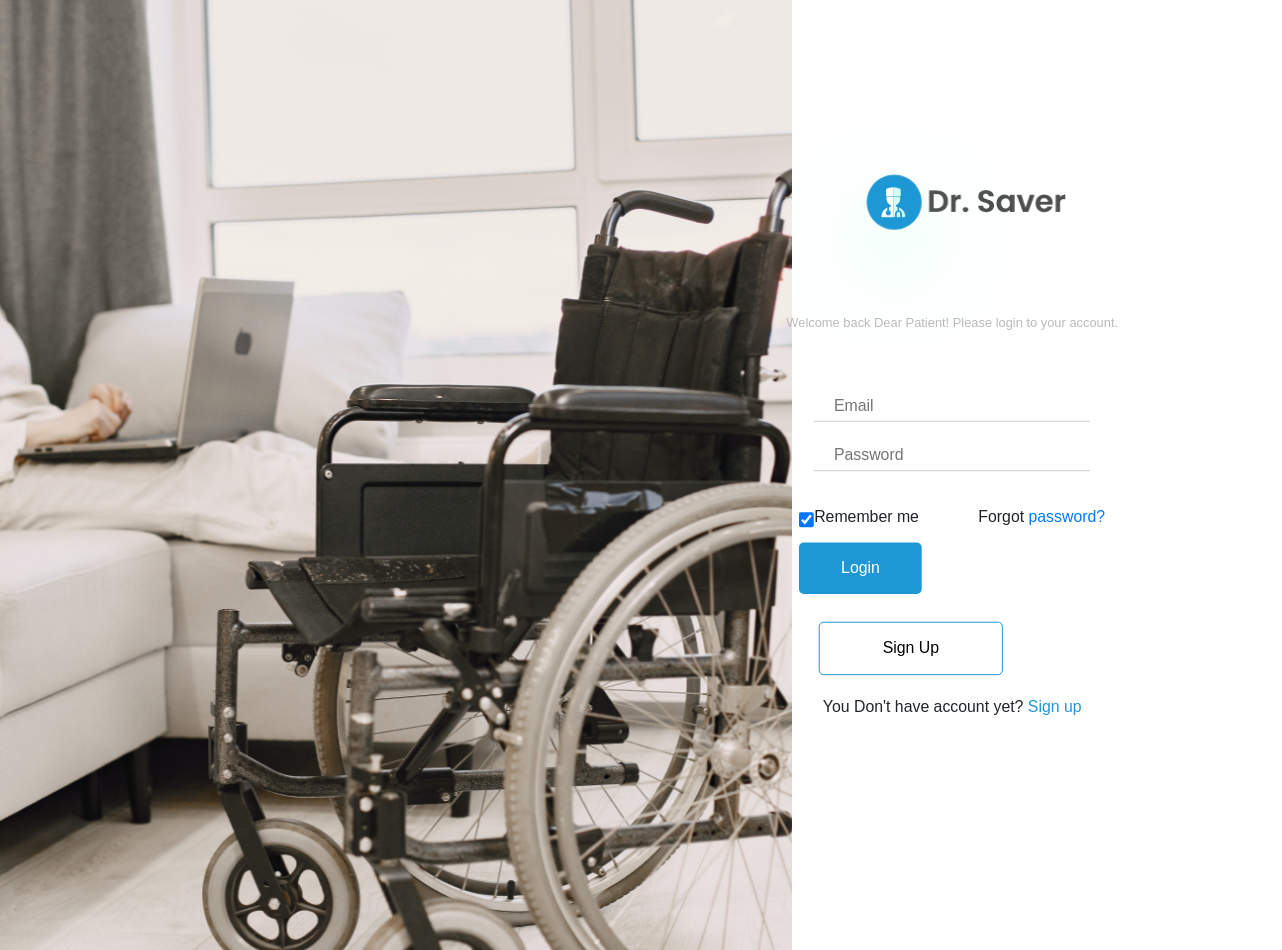
Repository: nsra/hadeel_doctor_system
Page: patient/Plogin.html
These files come from the project's save history. The page is drawn as it stood at one moment and after the next save; the edit follows.
The browser window is 1280 px wide. The page is 1295 px wide, so the pictures cover 1295 px, including what lies to the right of the window. The pictures show the whole page, at 99% of full size.
Some web fonts or font styles are not loaded; a fallback is used. Some web libraries are served in a nearby version.

Above is the page before, as saved 2022-03-29 17:02:54.

### patient/Plogin.html
<!DOCTYPE html>
<html lang="en">
<head>
    <meta charset="UTF-8">
    <meta http-equiv="content-type" content="text/html; charset=UTF-8">
    <title>DrSaver</title>
    <link rel="shortcut icon" href="../assets/img/doctor.png" type="image/x-icon">
    <link rel="stylesheet" href="https://maxcdn.bootstrapcdn.com/bootstrap/4.0.0/css/bootstrap.min.css" integrity="sha384-Gn5384xqQ1aoWXA+058RXPxPg6fy4IWvTNh0E263XmFcJlSAwiGgFAW/dAiS6JXm" crossorigin="anonymous">
    <link rel="stylesheet" href="https://pro.fontawesome.com/releases/v5.10.0/css/all.css" integrity="sha384-AYmEC3Yw5cVb3ZcuHtOA93w35dYTsvhLPVnYs9eStHfGJvOvKxVfELGroGkvsg+p" crossorigin="anonymous"/>
    <link rel="stylesheet" href="../assets/css/style.css" type="text/css">
    <link rel="preconnect" href="https://fonts.gstatic.com">
    <link href="https://fonts.googleapis.com/css2?family=Tajawal:wght@700&display=swap" rel="stylesheet">
    <meta name="viewport" content="width=device-width, initial-scale=1, shrink-to-fit=no">
</head>
<body>
<section class="loginSection">
    <div class="row window-full">
        <div class="hero col-6 float-right ">
           <img  src="../assets/img/plogin.png"></img>

        </div>
        <div class="col-6 float-left text-center">
            <img class="fleft" src="../assets/img/log1.png"></img>
            <div class="fright pd-y">
               <br>
           <p  class="pcol">Welcome back Dear Patient! Please login to your account.</p>

          <form action="action_page.php" method="post">

              <input type="email" placeholder="Email" name="email" required>


              <input type="password" placeholder="Password" name="psw" required>
          <br>
          <div class="row"  >

                <input type="checkbox" checked="checked" style="width:15px; " name="remember"> Remember me

              <span class="psw">Forgot <a href="#">password?</a></span>
            </div>

    <div class="row"  >
        <button type="button" onclick="document.getElementById('id01').style.display='none'"  >Login</button>
        <button type="button" onclick="document.getElementById('id02').style.display='none'"style="width: 60%;margin: 20px;" class="signbtn">Sign Up</button>
      </div>
      <p>You Don't have account yet? <span id="cplue">Sign up</span> </p>


          </form>
        </div>
      </div>
    </div>
</section>

<script src="https://ajax.googleapis.com/ajax/libs/jquery/3.5.1/jquery.min.js"></script>
<!-- Popper.JS -->
<script src="https://cdnjs.cloudflare.com/ajax/libs/popper.js/1.14.0/umd/popper.min.js" integrity="sha384-cs/chFZiN24E4KMATLdqdvsezGxaGsi4hLGOzlXwp5UZB1LY//20VyM2taTB4QvJ" crossorigin="anonymous"></script>
<!-- Bootstrap JS -->
<script src="https://stackpath.bootstrapcdn.com/bootstrap/4.1.0/js/bootstrap.min.js" integrity="sha384-uefMccjFJAIv6A+rW+L4AHf99KvxDjWSu1z9VI8SKNVmz4sk7buKt/6v9KI65qnm" crossorigin="anonymous"></script>
<script src="assets/js/scripts.js"></script>

</body>
</html>

### assets/css/style.css
 /*common*/


.overlay{
    position:absolute;
    width:  100%;
    height: 100%;
    top: 0;
    left: 0;
    background-color: rgba(3, 3, 3, 0.7);
}
.hover-opacity{
    transition: opacity .5s;
}
.hover-opacity:hover{
opacity: 0.8;
}

/*general css*/
:root{
    --maincolor:#6195ff;
}
*{
    margin: 0;
    padding: 0;
    box-sizing: border-box;
}
ul{
    list-style: none;
}
.container{
    width: 80%;

    margin: auto;/*elment in the center*/
}
body{
    font-family: 'Varela Round', sans-serif;
}
.clear{
    clear: both;
}
h1,h2,h3,h4,h5,h6{
    font-family: montserrat,sans-serif;
}
button{
    font-family: inherit;
}
a{
    text-decoration: none;
}
.pd-y{
    padding: 100px 0;
}
.section-header{
    text-align: center;
    margin-bottom: 20px;
}
.section-header .section-title{
    font-size: 35px;
    text-transform: capitalize;
    margin-bottom: 10px;
}
.section-header .line{
display: block;
height: 5px;
width: 60px;
margin: 0 auto 70px auto;
background-color: var(--maincolor);
}

.ltr-effect,.tb-effect{
    position: relative;
}
.ltr-effect::after,.tb-effect::after{
position: absolute;
content: "";
top: 0;
right: 0;
left: 0;
bottom: 0;
background: #333;
z-index:-1 ;

}
.ltr-effect:hover::after{
width: 100%;
}
.ltr-effect::after{
    width: 0;
    transition: width 0.5s;
}
.tb-effect::after{
 height: 0;
 transition: height 0.5s;

}
.tb-effect:hover::after{
height: 100%;
}
/* header*/
.header{
    position:fixed;
    width: 100%;
    z-index: 15;
    height: 10%;
  }

 b{
     color: #ffff;

 }
.header .logo{
    width: 50%;
  float: left;
 }
.header .logo img{
    width: 120px;
    margin-left: 20px;
   }
.header .nav{
    width: 50%;
     float: left;
    list-style: none;
    text-align: right;
}
.header .nav > li{
    display: inline-block;

    text-align: right;
}
.header .nav > li > a{
    color: #fff;
    font-size: 15px;

    display: block;
    padding: 30px 15px;
}

.header .nav > li > a.active:after{
content: "";
display: block;
margin-top: 2px;
height: 3px;
background-color: #6195ff;
transition: width 0.5s;

}
.header .nav > li > a.active:after{
    width: 100%;
}

.header .nav > li > a:after{
width: 0;
}
.header .nav > li > a:hover::after{
    width: 100%;
    }
    .dropdown{
        position: relative;
    }
    .dropdown-menu{
        position: absolute;
        background: #6195ff;
        width: 150px;
        text-align: right;
        left: -50%;
        top: 70%;
        opacity: 0;
        visibility: hidden;
        transition: opacity 0.5s;
    }
    .dropdown-menu a{
        color:#fff;
        display: block;
        padding: 10px;

    }
    .dropdown:hover .dropdown-menu{
        opacity: 1;
        visibility:visible;
    }
/*Home section*/
.home{
    height: 100vh;
    background-image: url(../img/background.png);
    background-size: cover;
    position: relative;
}
.home-content{
    position: absolute;
    width: 65%;
    top: 50%;
    left: 50%;
    transform: translate(-50%,-50%);
    text-align: left;
}
.home .title{

margin: 20px 0;
color: var(--maincolor);
letter-spacing: 2px;
line-height: 1.5;
}
.home .home-desc{
    color: #fff;
    font-size: 3.5rem;
    text-transform: uppercase;
}
.home .btn{
    max-width: 150px;
    padding: 15px 0;
    border-radius: 5px;
    border: 0;
    cursor: pointer;
    font-size: 18px;
}

.home .btn-learn{
    background-color: #6195ff;
    color:#fff;

}

nav{
    font-size: 18px;
}
.navbar-light .navbar-brand{
    font-size: 32px;
 }

.navbar-light .navbar-nav .nav-link{
    color: black;
}

 #cplue{
     color:#1E97D5 ;
 }
 .bplue{
background-color: #dce0e4;
 color: #1E97D5;
 }
 .fleft{
     position: relative;
     margin-top: 11%;
    margin-right: 20%;
 }
 .fright{
     position:absolute;
     right:25%;
     top: 20%;
 }
 .pcol{
     color: rgb(189, 185, 185);
     font-size: small;
 }

/*About section*/

.about-content{
    overflow: hidden;
}
.about-item{
     width: 30%;
    float: left;
text-align: center;
border: 1px solid #e8e8e8;
padding: 50px 20px;
}

.about-item.mg{
    margin: 0 5%;
}
.about-item:hover .about-item-title{
    color: #fff;
}
.about-item .icon{
    color: #6195ff;
    margin-bottom: 10px;
}
.about-item-title{
    text-transform: capitalize;
    margin-bottom: 10px;
    transition: color 0.5s;
}
.about-item-desc{
    line-height: 1.6;
    margin-bottom: 10px;
    color:#999 ;
}
.about-item-link{
color: #6195ff;
text-transform: capitalize;
}

/*number section*/
.numbers{
    position: relative;
    background-image: url(../img/background.png);
    background-size: cover;
    background-attachment: fixed;
    height: 300px;
}
.numbers-item{
    overflow: hidden;

}
.number-item{
width: 25%;
float: left;
text-align: center;
}
.number-item .icon{
    color: #6195ff;
    margin-bottom: 15px;
}
.number-item-title{
    font-weight: bold;
    font-size: 30px;
    color: #fff;

}
.number-item-text{
    color: #fff;
}

/*Blog page*/
.blog{
    background: #f9f9f9;
}

.blog-content{
    overflow: hidden;
}
.blog-item{
    width: 30%;
    float: left;
    background: #fff;
}
.blog-item-img img{
width: 100%;
}

.blog-info{
    padding: 20px;
}

.blog-list{
    list-style: none;
    margin: 20px 0;
}
.blog-list li{
    display: inline-block;
    margin: 0 5px;
}

.blog-list li i{
    color: #6195ff;
}
.blog-title{
    font-weight: bold;
    margin: 20px 0;
}
.blog-desc{
    color: #999;
    margin-bottom: 10px;
    line-height: 1.5;
 }
.blog-link{
    color: #6195ff;
}
.blog-item.mg{
    margin: 0 5%;
}

/*contact section*/

/*footer section*/
.footer{
    background: #1c1d23;
    text-align: center;
    padding: 60px 0;
}
.footer-links{
    list-style: none;
    margin: 20px 0;
}
.footer-links li{
    display: inline-block;

}
.footer-links li a{
    display: block;
    width: 50px;
    height: 50px;
    background: #6195ff;
    color: #fff;
    margin: 0 5px;
    border-radius: 50%;
}
.footer-links li a i{
    line-height: 50px;
}

.footer .copyright{
    color: #999;
    font-size: 15px;
    text-transform: uppercase;
}

 /********login******/


  /* Full-width inputs */
  input[type=text], input[type=password] ,input[type=email],input[type=number],input[type=date],input[type=submit]{
    width: 100%;
    padding: 12px 20px;
    margin: 10px 0 ;

    display:flex;
    border: none;
    border-bottom: 1px solid #ccc;

  }

  /* Set a style for all buttons */
  button {
    background-color: #1E97D5;
    color: white;
    padding: 14px 20px;
    margin: 8px 0;
    border: none;
    cursor: pointer;
    width: 40%;

    border-radius: 5px;
  }
  .but{
    padding-top: 10%;
  margin-left: 10%;

    align-items: center;
  }
  /* Add a hover effect for buttons */
  button:hover {
    opacity: 0.8;
  }



  /* Add padding to containers */
  .container {
    padding: 16px;

  }

  .psw{
      margin-left: 60px;
  }
  .signbtn{
      color: #000;
      background-color: #fff;
      border: 1px solid #1E97D5;
  }
  .signbtn:hover{
    background-color: #1E97D5;
    opacity: 0.8;
  }
  .fname{
    position: relative;
  margin-right: 10%;
  }
  .lname {
    position: absolute;
    top: 20%;
    left: 50%;
  }

  /* Change styles for span and cancel button on extra small screens */
  @media screen and (max-width: 300px) {
    span.psw {
      display: block;
      float: none;
    }
    .cancelbtn {
      width: 100%;
    }
  }

.rate{
    margin: 10px;
    float: left;
    background: #eeeeee;
    border-radius: 30px;
}
.rate i{
    color: #ffdb00;
}

.footer {
    display: flex;
    flex-flow: row wrap;
    padding: 30px 30px 20px 30px;
    color: #2f2f2f;
    background-color: #fff;
    border-top: 1px solid #e5e5e5;
  }

  .footer > * {
    flex:  1 100%;
  }

  .footer__addr {
    margin-right: 1.25em;
    margin-bottom: 2em;
  }

  .footer__logo {
    font-family: 'Pacifico', cursive;
    font-weight: 400;
    text-transform: lowercase;
    font-size: 1.5rem;
  }

  .footer__addr h2 {
    margin-top: 1.3em;
    font-size: 15px;
    font-weight: 400;
  }

  .nav__title {
    font-weight: 400;
    font-size: 15px;
  }

  .footer address {
    font-style: normal;
    color: #999;
  }

  .footer__btn {
    display: flex;
    align-items: center;
    justify-content: center;
    height: 36px;
    max-width: max-content;
    background-color: rgb(33, 33, 33, 0.07);
    border-radius: 100px;
    color: #2f2f2f;
    line-height: 0;
    margin: 0.6em 0;
    font-size: 1rem;
    padding: 0 1.3em;
  }

  .footer ul {
    list-style: none;
    padding-left: 0;
  }

  .footer li {
    line-height: 2em;
  }

  .footer a {
    text-decoration: none;
  }

  .footer__nav {
    display: flex;
      flex-flow: row wrap;
  }

  .footer__nav > * {
    flex: 1 50%;
    margin-right: 1.25em;
  }

  .nav__ul a {
    color: #999;
  }

  .nav__ul--extra {
    column-count: 2;
    column-gap: 1.25em;
  }

  .legal {
    display: flex;
    flex-wrap: wrap;
    color: #999;
  }

  .legal__links {
    display: flex;
    align-items: center;
  }

.social{
    padding-top: 50px;
    margin-left: 700px;

}
.socialItem{
   color: #1E97D5;
    border-radius: 50%;
    line-height: 2;
    margin: 15px;
}
.socialItem:hover{
    background: #6db4e4;
    border:  2px white;

}
  .heart {
    color: #2f2f2f;
  }

  @media screen and (min-width: 24.375em) {
    .legal .legal__links {
      margin-left: auto;
    }
  }

  @media screen and (min-width: 40.375em) {
    .footer__nav > * {
      flex: 1;
    }

    .nav__item--extra {
      flex-grow: 2;
    }

    .footer__addr {
      flex: 1 0px;
    }

    .footer__nav {
      flex: 2 0px;
    }
  }
/******** about page ***********/
.heroSection img{
    border-radius: 30px;
}
/******** Pprofile page ***********/

.sidebar {
  margin: 0;
  margin-left: 10%;
  padding: 0;
  width: 30%;
  text-align: center;
  position: absolute;
  height: 100%;
  overflow: auto;

}
 .sidebar a {
  display: block;
  color: black;
  padding: 16px;
  text-decoration: none;
}

@media screen and (max-width: 700px) {
  .sidebar {
    width: 100%;
    height: auto;
    position: relative;
  }
  .sidebar a {float: left;}
  div.content {margin-left: 0;}
}

@media screen and (max-width: 400px) {
  .sidebar a {
    text-align: center;
    float: none;
  }
}


.card{
  width: 95%;
 }

.update{

border: none;
margin-left: 100px;
color: white;
padding: 15px 32px;
text-align: center;
text-decoration: none;
display: inline-block;
font-size: 16px;
}

 ul{
  list-style-type: none;
 }

 input,select{
  height: 30px;
  border:none;
  border-bottom: 1px solid gray;
  outline: none;
 width: 100%;

}
.staryel{
     color: yellow;
 }
form{
display: flex;

width: 100%;
height: 90%;
margin-top:20px;
padding:30px;
display: flex;

flex-direction: column;
justify-content: space-around;
border-radius: 5px;

}

### assets/js/scripts.js
$("#profileImage").click(function(e) {
    $("#imageUpload").click();
});
/****** 100 vh section **********/
var elements = document.getElementsByClassName('window-full');
var windowheight = window.innerHeight + "px";

fullheight(elements);
function fullheight(elements) {
    for(let el in elements){
        if(elements.hasOwnProperty(el)){
            elements[el].style.height = windowheight;
        }
    }
}

window.onresize = function(event){
    fullheight(elements);
}

After the next save:
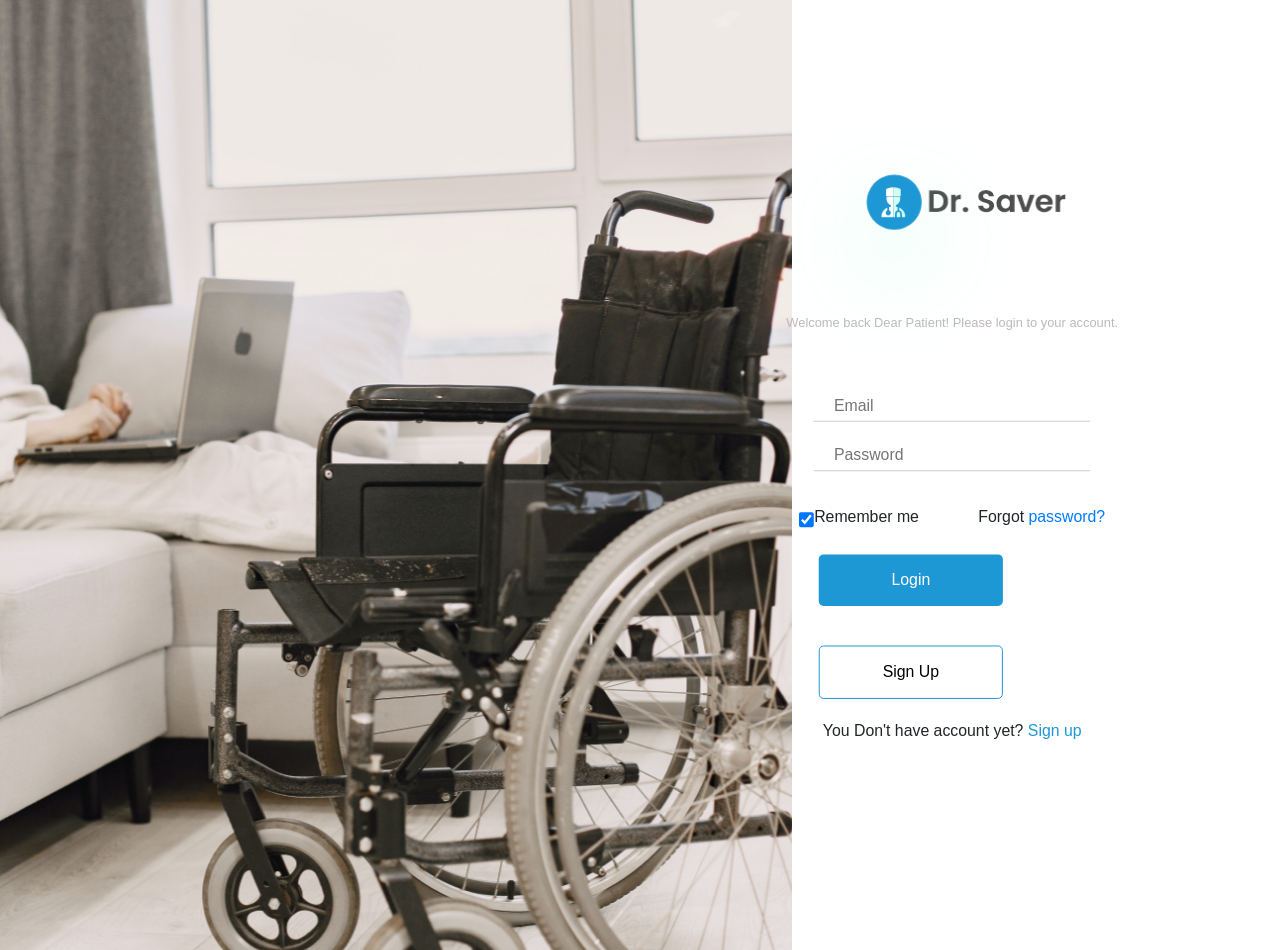
Saved 8 s later.
--- a/patient/Plogin.html
+++ b/patient/Plogin.html
@@ -40,7 +40,7 @@
             </div>
 
     <div class="row"  >
-        <button type="button" onclick="document.getElementById('id01').style.display='none'"  >Login</button>
+        <button type="button" onclick="document.getElementById('id01').style.display='none'"style="width: 60%;margin: 20px;"  >Login</button>
         <button type="button" onclick="document.getElementById('id02').style.display='none'"style="width: 60%;margin: 20px;" class="signbtn">Sign Up</button>
       </div>
       <p>You Don't have account yet? <span id="cplue">Sign up</span> </p>

After the save that followed:
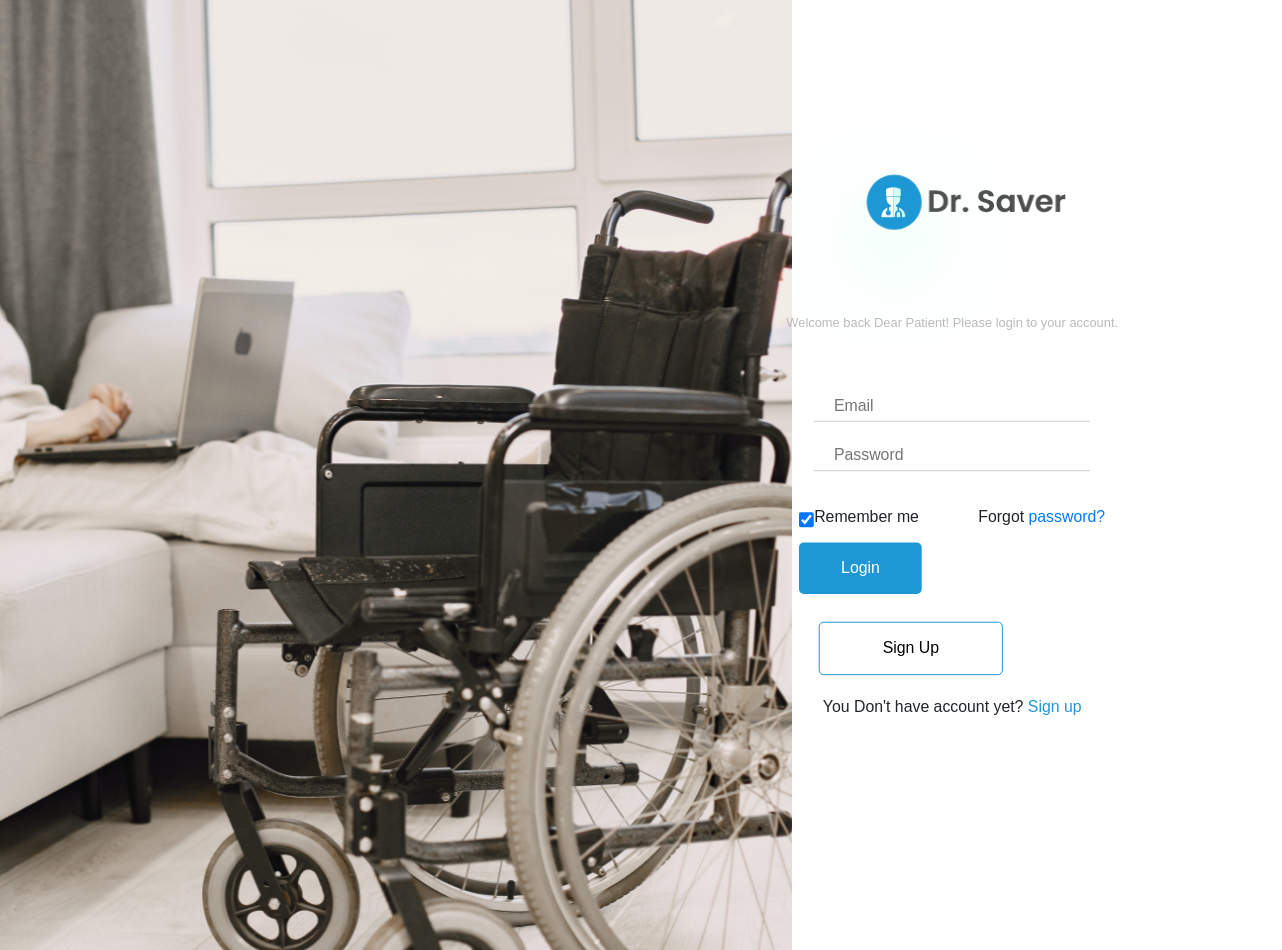
Saved 19 s later.
--- a/patient/Plogin.html
+++ b/patient/Plogin.html
@@ -40,7 +40,7 @@
             </div>
 
     <div class="row"  >
-        <button type="button" onclick="document.getElementById('id01').style.display='none'"style="width: 60%;margin: 20px;"  >Login</button>
+        <button type="button" onclick="document.getElementById('id01').style.display='none'"  >Login</button>
         <button type="button" onclick="document.getElementById('id02').style.display='none'"style="width: 60%;margin: 20px;" class="signbtn">Sign Up</button>
       </div>
       <p>You Don't have account yet? <span id="cplue">Sign up</span> </p>
